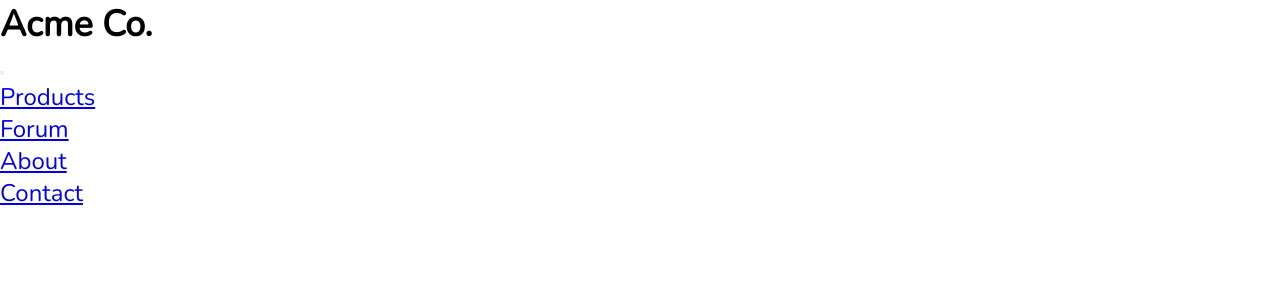
Repository: JavaProgrammerFromEastEurope/project-css-full-tutorial
Page: 22_lesson/menu.html
These files come from the project's save history. The page is drawn as it stood at one moment and after the next save; the edit follows.
The browser window is 1280 px wide. The pictures show the whole page.

Above is the page before, as saved 2023-04-07 14:59:44.

### 22_lesson/menu.html
<!DOCTYPE html>
<html lang="en">

<head>
    <meta charset="UTF-8">
    <meta http-equiv="X-UA-Compatible" content="IE=edge">
    <meta name="viewport" content="width=device-width, initial-scale=1.0">
    <title>CSS Animated Menu</title>
    <link rel="stylesheet" href="css/menu.css">
</head>

<body>
    <header>
        <section class="header-title-line">
            <h1>Acme Co.</h1>
            <button class="menu-button">
                <div class="menu-icon"></div>
            </button>
        </section>

        <nav>
            <ul>
                <li><a href="products.html">Products</a></li>
                <li><a href="#">Forum</a></li>
                <li><a href="#">About</a></li>
                <li><a href="#">Contact</a></li>
            </ul>
        </nav>
    </header>

    <main>

    </main>

</body>

</html>

### 22_lesson/css/menu.css
@import url('https://fonts.googleapis.com/css2?family=Nunito&display=swap');

* {
  margin: 0;
  padding: 0;
  box-sizing: border-box;
}

:root {
  --HEADER-BGCOLOR: #333;
	--HEADER-COLOR: whitesmoke;
}


html {
	font-size: 1.5rem;
	font-family: 'Nunito', sans-sarif;
}

bodt {
	min-height: 100vh;
	display: flex;
	flex-flow: column nowrap;
}

header {
	background-color: var(--HEADER)
}

After the next save:
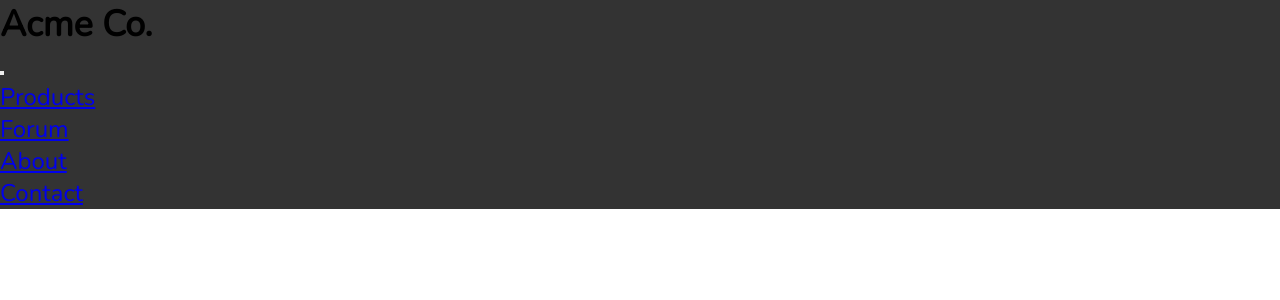
Saved 4 s later.
--- a/22_lesson/css/menu.css
+++ b/22_lesson/css/menu.css
@@ -24,5 +24,5 @@
 }
 
 header {
-	background-color: var(--HEADER)
+	background-color: var(--HEADER-BGCOLOR)
 }
